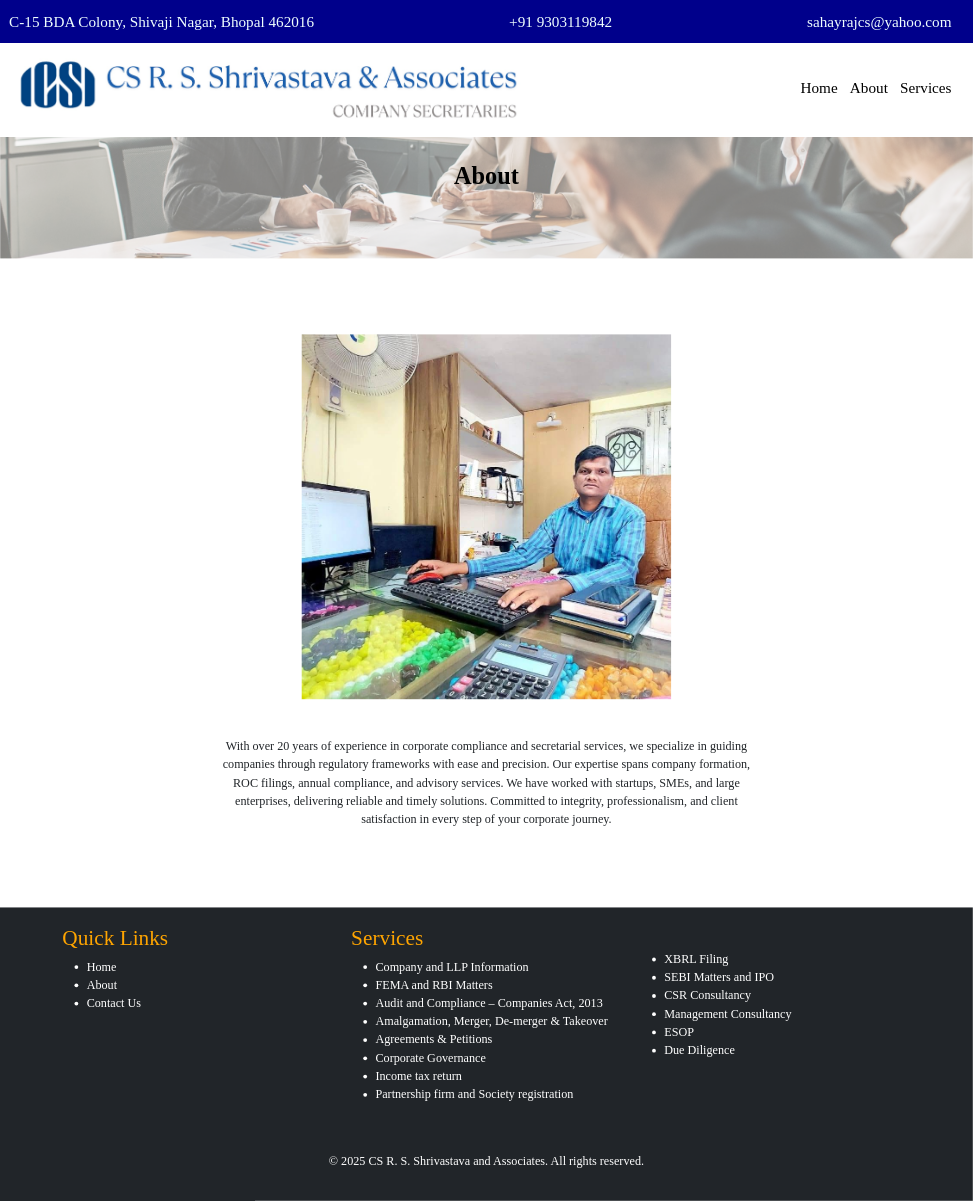
Repository: aayushiss/CS-RSS
Page: about.html
These files come from the project's save history. The page is drawn as it stood at one moment and after the next save; the edit follows.
The browser window is 1280 px wide. The pictures show the whole page, at 76% of full size.

Above is the page before, as saved 2025-05-27 18:51:23.

After the next save:
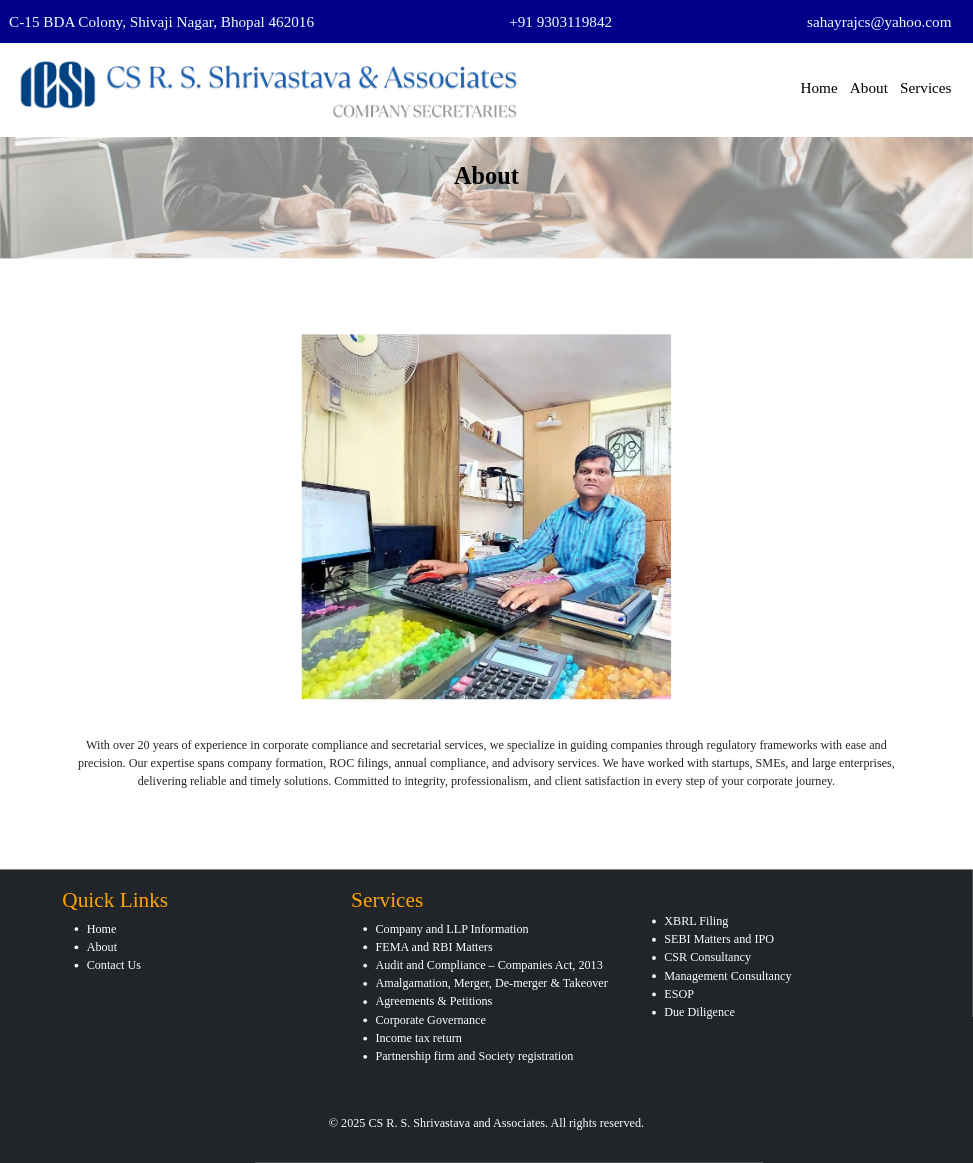
Saved 61 s later.
--- a/about.html
+++ b/about.html
@@ -45,7 +45,7 @@
     <div class="col" style="padding: 40px;">
         <div class="text-center">
             <img src="images/AboutImage.jpeg" class="img-fluid" style="height: 30rem;">
-            <p style="margin-top: 50px; margin-left: 15rem; margin-right: 15rem;">With over 20 years of experience in corporate compliance and secretarial
+            <p class="mt-5 px-3 px-md-5 text-center">With over 20 years of experience in corporate compliance and secretarial
                 services, we specialize in guiding companies through regulatory frameworks with ease and precision.
                 Our expertise spans company formation, ROC filings, annual compliance, and advisory services.
                 We have worked with startups, SMEs, and large enterprises, delivering reliable and timely solutions.
